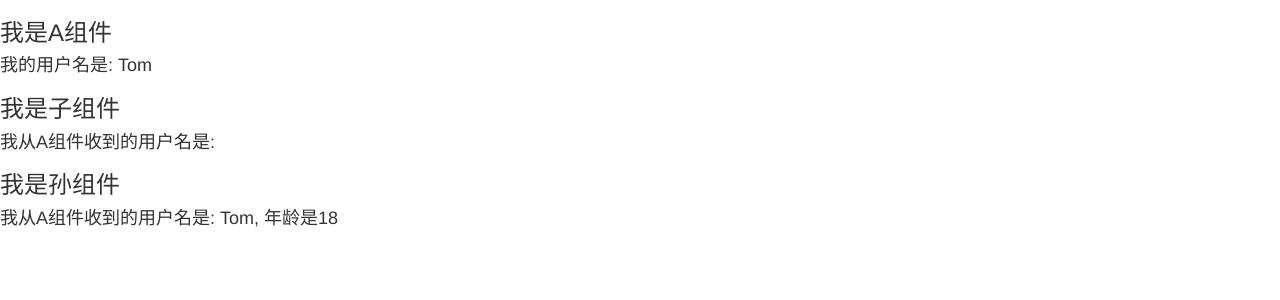
Repository: JinYiGao/ReactLearning
Page: / (app in 14.React脚手架/react_extension/)
The author's editor kept a copy of each file at every save. The page is drawn from the files as they stood at one save, then again after the next save.
The browser window is 1280 px wide. The pictures show the whole page.
The project was rebuilt for these pictures with package versions that can differ from the ones it lists, and the page was loaded fresh each time.

Above is the page before, as saved 2022-04-12 23:26:11.

After the next save:
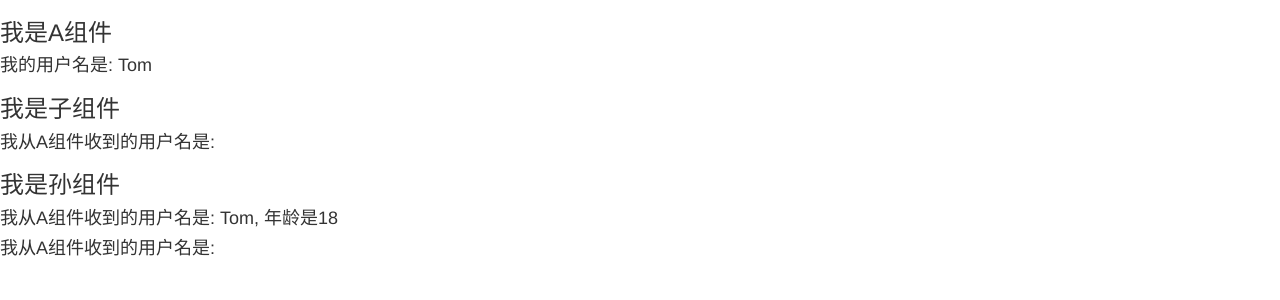
Saved 3 min 17 s later.
--- a/14.React脚手架/react_extension/src/components/5_Context/index.jsx
+++ b/14.React脚手架/react_extension/src/components/5_Context/index.jsx
@@ -4,7 +4,7 @@
  * @Author: JinYiGao
  * @Date: 2022-04-12 23:14:12
  * @LastEditors: JinYiGao
- * @LastEditTime: 2022-04-12 23:25:35
+ * @LastEditTime: 2022-04-12 23:29:28
  */
 import React, { Component } from 'react'
 
@@ -49,6 +49,15 @@ class C extends Component {
             <div>
                 <h3>我是孙组件</h3>
                 <h4>我从A组件收到的用户名是: {this.context.username}, 年龄是{this.context.age}</h4>
+                <h4>我从A组件收到的用户名是:{
+                    <MyContext.Consumer>
+                        {
+                            value=>{
+                                value.username;
+                            }
+                        }
+                    </MyContext.Consumer>
+                }</h4>
             </div>
         )
     }
